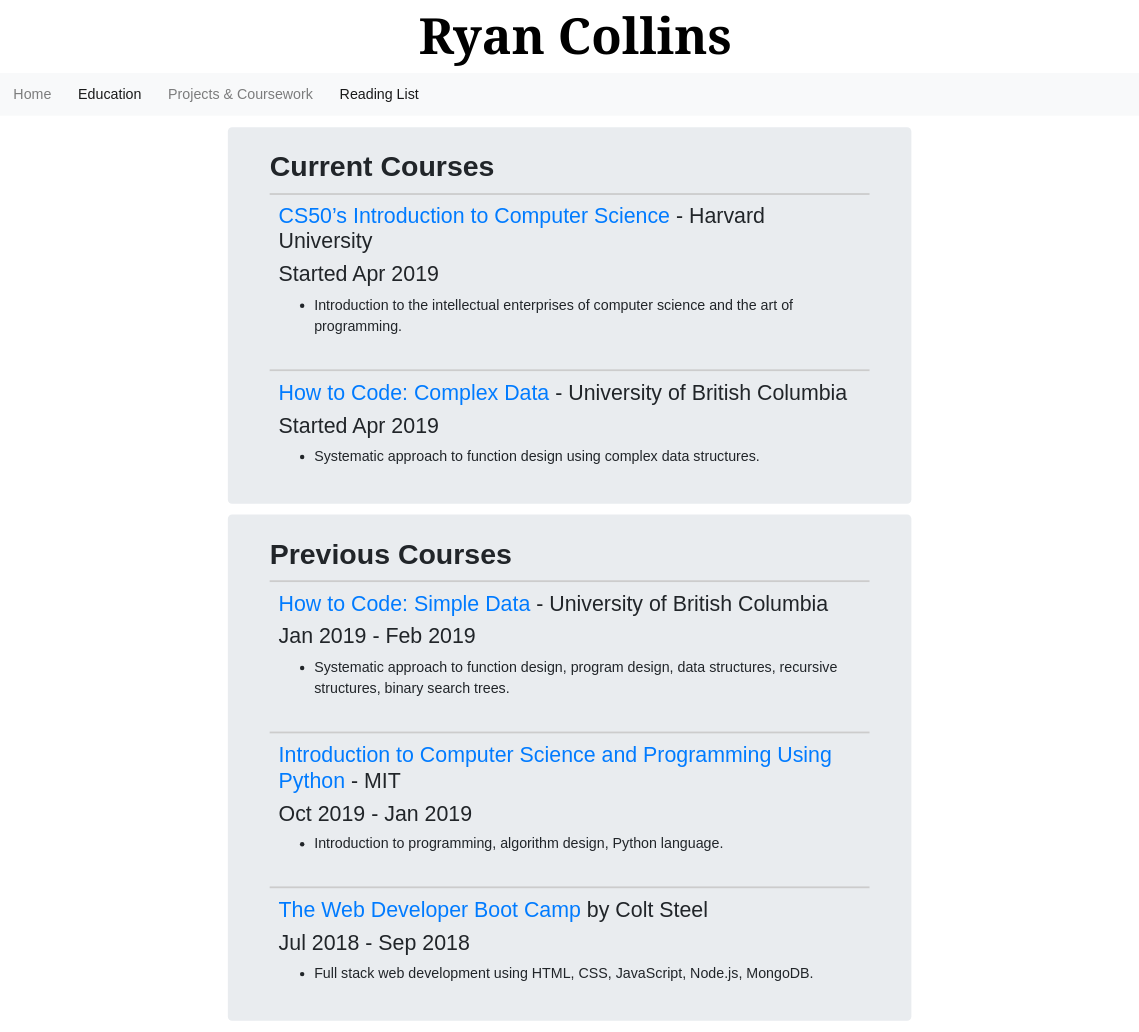
Repository: RyanMCollins/cs50
Page: pset5/homepage/education.html
The author's editor kept a record of every edit. The page is drawn from the files as they stood at one moment, then again after the next edit.
The browser window is 1280 px wide. The pictures show the whole page, at 89% of full size.

Above is the page before.

After the next edit:
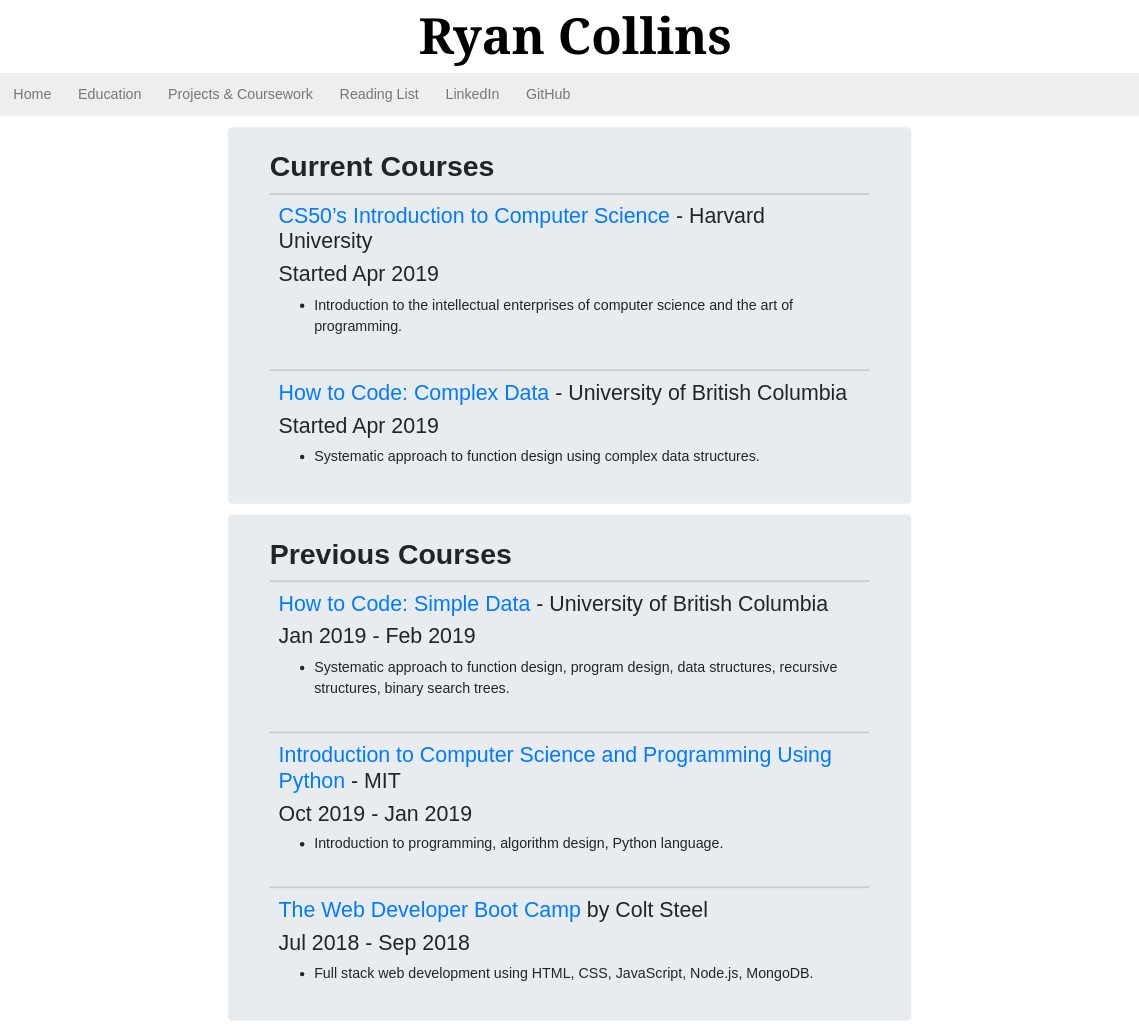
The edit:
--- a/pset5/homepage/education.html
+++ b/pset5/homepage/education.html
@@ -12,29 +12,45 @@
     </head>
     <body>
         <h1 id="site-title">
-            Ryan Collins
+            <a href="/index">
+                Ryan Collins
+            </a>
         </h1>
-        <nav class="navbar navbar-expand-lg navbar-light bg-light">
+        <nav class="navbar navbar-expand-lg navbar-light">
+            <button class="navbar-toggler" type="button" data-toggle="collapse" data-target="#navbarSupportedContent"
+            aria-controls="navbarSupportedContent" aria-expanded="false" aria-label="Toggle navigation">
+                <span class="navbar-toggler-icon"></span>
+            </button>
 
-            <button class="navbar-toggler" type="button" data-toggle="collapse" data-target="#navbarSupportedContent" aria-controls="navbarSupportedContent" aria-expanded="false" aria-label="Toggle navigation">
-                <span class="navbar-toggler-icon"></span>
-              </button>
-              <div class="collapse navbar-collapse" id="navbarSupportedContent">
-                <ul class="navbar-nav mr-auto">
-                  <li class="nav-item">
-                    <a class="nav-link" href="/home">Home<span class="sr-only">(current)</span></a>
-                  </li>
-                  <li class="nav-item active">
-                    <a class="nav-link" href="/education">Education<span class="sr-only">(current)</span></a>
-                  </li>
-                  <li class="nav-item">
-                    <a class="nav-link" href="/projects">Projects & Coursework<span class="sr-only">(current)</span></a>
-                  </li>
-                  <li class="nav-item active">
-                    <a class="nav-link" href="/readlist">Reading List<span class="sr-only">(current)</span></a>
-                  </li>
-                </ul>
-              </div>
+            <div class="collapse navbar-collapse" id="navbarSupportedContent">
+                <div class="flex-even"></div>
+                <div class="flex-even d-flex justify-content-center">
+                    <ul class="navbar-nav" id="navbar-internal-links">
+                      <li class="nav-item">
+                        <a class="nav-link" href="/home">Home<span class="sr-only">(current)</span></a>
+                      </li>
+                      <li class="nav-item">
+                        <a class="nav-link" href="/education">Education<span class="sr-only">(current)</span></a>
+                      </li>
+                      <li class="nav-item">
+                        <a class="nav-link" href="/projects">Projects & Coursework<span class="sr-only">(current)</span></a>
+                      </li>
+                      <li class="nav-item">
+                        <a class="nav-link" href="/readlist">Reading List<span class="sr-only">(current)</span></a>
+                      </li>
+                    </ul>
+                </div>
+                <div class="flex-even d-flex justify-content-end">
+                    <ul class="navbar-nav" id="navbar-external-links">
+                      <li class="nav-item">
+                        <a class="nav-link" href="https://linkedin.com/in/ryancollins2020">LinkedIn<span class="sr-only">(current)</span></a>
+                      </li>
+                      <li class="nav-item">
+                        <a class="nav-link" href="https://github.com/RyanMCollins">GitHub<span class="sr-only">(current)</span></a>
+                      </li>
+                    </ul>
+                </div>
+            </div>
         </nav>
         <div class="jumbotron">
             <div class="container">
